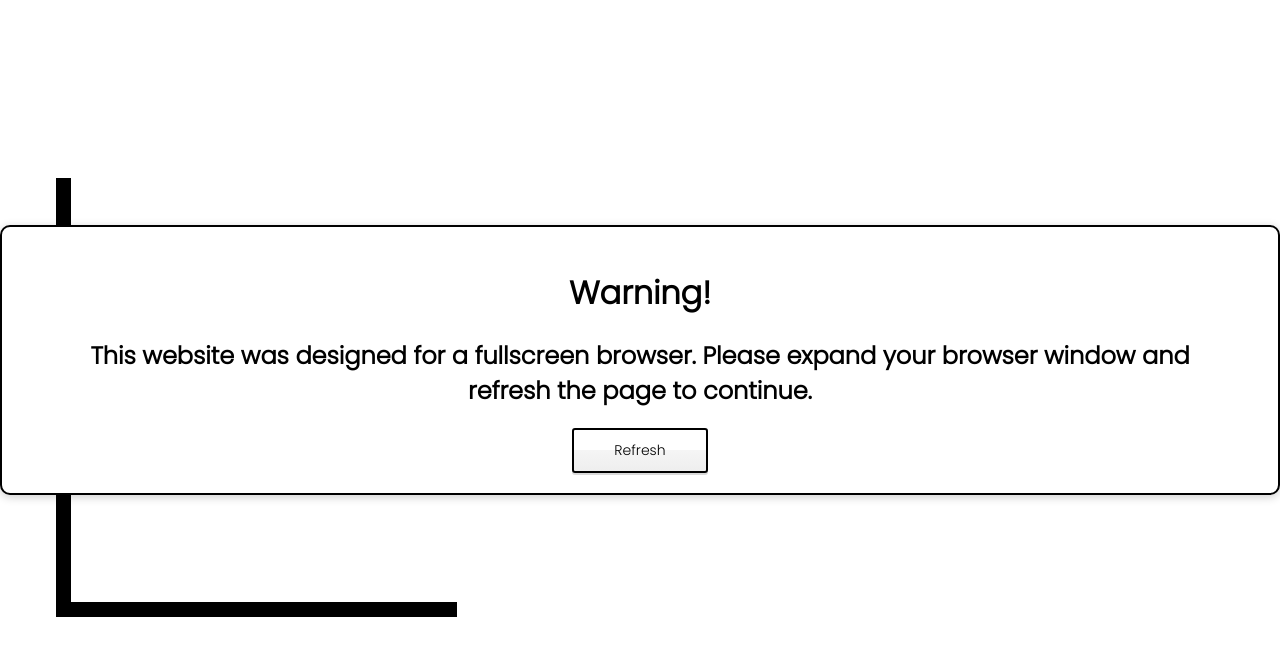
Repository: notMaximilian/maximilianaquino.github.io
Page: index.html
The author's editor kept a copy of each file at every save. The page is drawn from the files as they stood at one save, then again after a run of saves.
The browser window is 1280 px wide. The pictures show the whole page.

Above is the page before, as saved 2022-02-04 09:37:08.
Console error: TypeError: Cannot read properties of null (reading 'style')

### index.html
<!DOCTYPE html>
<html lang="en">

<head>
  <meta charset="UTF-8">
  <meta name="viewport" content="width=device-width, initial-scale=1.0">
  <title>Max Aquino</title>
  <link rel="preconnect" href="https://fonts.googleapis.com">
  <link rel="preconnect" href="https://fonts.gstatic.com" crossorigin>
  <link href="https://fonts.googleapis.com/css2?family=Poppins:wght@300&display=swap" rel="stylesheet">
  <link rel="stylesheet" href="css/main.css">
</head>

<body>

  <div class="intro">
    <h1 class="name-header">
      <span class="name">Max</span><span class="name">imilian</span>
    </h1>
  </div>

  <div class="additional">

  </div>


  <div class="wrap">
    <div class="game-wrapper">
      <div class="game"></div>
      <img class="corners" src="img/corner-test.png">
      <div class="congratulations">
        <h1>Warning!</h1>
        <h2>This website was designed for a fullscreen browser. Please expand your browser window and refresh the page to continue. </h2>
        <button class="btn" onclick="window.location.reload()">Refresh</button>
      </div>
      <div class="game-over">
        <h1>GAME OVER</h1>
        <h2>You lost the game</h2>
        <button class="btn" onclick="window.location.reload()">Restart</button>
      </div>
    </div>
  </div>

  <!-- Maximilian Fade in and out -->


  <script src="js/app.js"></script>
  <!-- <script src="js/game.js"></script> -->
</body>

</html>

### css/main.css
html,
body {
  height: 100%;
  overflow: hidden;
}

body {
  margin: 0;
  font: 16px sans-serif;
}

.wrap {
  display: flex;
  flex-direction: column;
  height: 100%;
}


.game-wrapper {
  flex: 1;
  display: flex;
  justify-content: center;
  align-items: center;
  background: #ffffff;
}
.game {
  width: 100%;
  height: 100%;

  box-shadow: 0 2px 10px black;
  position: absolute;
}

@keyframes scroll-background {
  from {
    background-position-y: 0px;
  }
  to {
    background-position-y: 256px;
  }
}

.game .enemy {
  position: absolute;
  margin-left: -20px;
  margin-top: -18px;
  width: 40px;
}

.game .player {
  position: absolute;
  margin-left: -20px;
  width: 40px;
}

.game .laser {
  position: absolute;
  margin-left: -2.5px;
  height: 30px;
}

.game .enemy-laser {
  position: absolute;
  margin-left: -2.5px;
  height: 30px;
}

.congratulations {
  display: none;
  position: absolute;
  background: #ffffff;
  color: black;
  padding: 20px 50px;
  box-shadow: 0 2px 10px rgba(0, 0, 0, 0.2);
  border: 2px solid black;
  border-radius: 10px;
  text-align: center;
  animation: pop-in 1s;
  font-family: "Poppins", sans-serif;
}

.game-over {
  display: none;
  position: absolute;
  background: #6b1818;
  color: white;
  padding: 20px 50px;
  box-shadow: 0 2px 10px rgba(0, 0, 0, 0.2);
  border-radius: 10px;
  text-align: center;
  animation: pop-in 1s;
}

.btn {
  border: 2px solid black;
  border-radius: 3px;
  box-shadow: 0 2px rgba(0, 0, 0, 0.15);
  background: linear-gradient(
    to bottom,
    #fff 0%,
    #fff 49%,
    #f5f5f5 50%,
    #eee 100%
  );
  padding: 10px 40px;
  font-family: "Poppins", sans-serif;
  font-size: 14px;
}
@keyframes pop-in {
  0% {
    opacity: 0;
    transform: translate(0, -100px);
  }
  10% {
    opacity: 1;
  }
  50% {
    transform: translate(0, 30px);
  }
  100% {
    transform: translate(0, 0);
  }
}

.intro{
  position: fixed;
  z-index: 1;
  left: 0;
  top: 0;
  width: 100%;
  height: 100vh;
  background-color: black;
  transition: 1s;
}

.name-header{
  position: absolute;
  top: 40%;
  left: 50%;
  transform: translate(-50%, -50%);
  color: #ffffff;
}

.intro h1{
  font-family: "Poppins", sans-serif;
  font-size: 80px;
  margin: 0;
  padding: 0;
}

.name{
  position: relative;
  display: inline-block;
  bottom: -20px;
  opacity: 0;
}

.name.active{
  bottom: 0;
  opacity: 1;
  transition: ease-in-out 0.5s;
}

.name.fade{
  bottom: 150px;
  opacity: 0;
  transition: ease-in-out 0.5s;
}

.corners{
  transform: translate(-30vw, 5vh);
}

### js/app.js
const KEY_CODE_LEFT = 37;
const KEY_CODE_RIGHT = 39;
const KEY_CODE_SPACE = 32;
let inverted = false;
const WINDOW_WIDTH = window.innerWidth - 50;
const WINDOW_HEIGHT = window.innerHeight;

const ROCKET_WIDTH = 20;
const ROCKET_MAX_SPEED = 300.0;
const LASER_MAX_SPEED = 600.0;
const LASER_COOLDOWN = 0.5;
let rocketSpawn = false;
const HEADERS_PER_ROW = 10;
const HEADER_HORIZONTAL_PADDING = 80;
const HEADER_VERTICAL_PADDING = 70;
const HEADER_VERTICAL_SPACING = 80;
const HEADER_COOLDOWN = 5.0;


const WINDOW_STATE = {
    lastTime: Date.now(),
    leftPressed: false,
    rightPressed: false,
    spacePressed: false,
    rocketX: WINDOW_WIDTH / 2,
    rocketY: WINDOW_HEIGHT - 300,
    rocketCooldown: 0,
    lasers: [],
    headers: [],
    headerLasers: [],
    fullscreen: false
  };

function setSize($element, width){
    $element.style.width = `${width}vw`;
    $element.style.height = "auto";
  }

function setPosition(el, x, y) {
    if(el == null){console.log('NULL')
    return;}
    el.style.transform = `translate(${x}px, ${y}px)`;
}

function setHeaderPosition(el, x, y) {
  if(el == null){console.log('NULL')
  return;}
  el.style.transform = `translate(${x}vw, ${y}vh)`;
}

// create user controlled rocket for selecting header elements
function createRocket($container) {
    rocketSpawn = true;
    const $rocket = document.createElement("img");
    if(inverted == true){$rocket.src = "img/rocket-inverted.png";}
    else{$rocket.src = "img/rocket.png";}
    $rocket.className = "rocket";
    if (WINDOW_WIDTH + 50 == 1920){
      setSize($rocket,9)
    }
    else{
      setSize($rocket, 7)
    }

    WINDOW_STATE.rocketY = 440;
    $container.appendChild($rocket);
}

function destroyRocket($container, rocket) {
    rocketSpawn = false;
    $container.removeChild(rocket);
    WINDOW_STATE.finalState = true;
    const audio = new Audio("sound/sfx-lose.ogg");
    audio.play();
}

function sleep(milliseconds) {
  var start = new Date().getTime();
  for (var i = 0; i < 1e7; i++) {
    if ((new Date().getTime() - start) > milliseconds){
      break;
    }
  }
}


function rectsIntersect(r1, r2) {
    return !(
        r2.left > r1.right ||
        r2.right < r1.left ||
        r2.top > r1.bottom ||
        r2.bottom < r1.top
    );
}



function clamp(v, min, max) {
    if (v < min) {
      return min;
    } else if (v > max) {
      return max;
    } else {
      return v;
    }
}

function rand(min, max) {
    // if (min === undefined) min = 0;
    // if (max === undefined) max = 1;
    // return min + Math.random() * (max - min);
  }

  function updateRocket(dt, $container) {
    if (WINDOW_STATE.leftPressed) {
      WINDOW_STATE.rocketX -= dt * ROCKET_MAX_SPEED;
    }
    if (WINDOW_STATE.rightPressed) {
      WINDOW_STATE.rocketX += dt * ROCKET_MAX_SPEED;
    }



    WINDOW_STATE.rocketX = clamp(
      WINDOW_STATE.rocketX,
      ROCKET_WIDTH,
      WINDOW_WIDTH - ROCKET_WIDTH
    );


    if (WINDOW_STATE.spacePressed && WINDOW_STATE.rocketCooldown <= 0) {
      createLaser($container, WINDOW_STATE.rocketX - 79,  WINDOW_STATE.rocketY-20);
      console.log(WINDOW_STATE.rocketX)
      WINDOW_STATE.rocketCooldown = LASER_COOLDOWN;
    }
    if (WINDOW_STATE.rocketCooldown > 0) {
      WINDOW_STATE.rocketCooldown -= dt;
    }

    const rocket = document.querySelector(".rocket");
    if(rocket == null){return;}
    setPosition(rocket, WINDOW_STATE.rocketX, WINDOW_STATE.rocketY + 200);
  }

  function createLaser($container, x, y) {
    if(rocketSpawn == false) {return;}
    const $element = document.createElement("img");
    console.log($element)
    if(inverted == true){$element.src="img/laser-inverted.png"}
    else{$element.src = "img/laser.png";}
    $element.className = "laser";
    $element.style.position = "absolute"
    $container.appendChild($element);
    const laser = { x, y, $element };
    WINDOW_STATE.lasers.push(laser);
    const audio = new Audio("sound/sfx-laser1.ogg");
    audio.play();
    setPosition($element, x, y);
  }

  function destroyHeader($container, header) {
    $container.removeChild(header.$element);
    header.isDead = true;
  }

  function destroyAll($container){
    const background = document.querySelector(".game-wrapper");
    background.style.background = 'white';
    const headers = WINDOW_STATE.headers;
    for (let x = 0; x < headers.length; x++){
      let head = headers[x];
      if (head.dead == true){continue}
      head.$element.style.opacity = 0;
      head.$element.style.transition = 'ease-in-out 0.5s';
      destroyHeader($container, head)
    }
    // destroyLaser($container, laser);
    const rocket = document.querySelector('.rocket')
    rocket.style.opacity = 0;
    rocket.style.transition = 'ease-in-out 0.5s'
    destroyRocket($container, rocket)
    WINDOW_STATE.lasers = WINDOW_STATE.lasers.filter(e => !e.isDead);
  }

  function updateLasers(dt, $container) {
    if(rocketSpawn == false) {return;}
    const lasers = WINDOW_STATE.lasers;
    for (let i = 0; i < lasers.length; i++) {
      const laser = lasers[i];
      laser.y -= dt * LASER_MAX_SPEED;
      if (laser.y < 0) {
        destroyLaser($container, laser);
      }
      setPosition(laser.$element, laser.x, laser.y);
      const r1 = laser.$element.getBoundingClientRect();
      const headers = WINDOW_STATE.headers;
      for (let j = 0; j < headers.length; j++) {
        const header = headers[j];
        if (header.isDead) continue;
        const r2 = header.$element.getBoundingClientRect();
        if (rectsIntersect(r1, r2)) {
          if (header.name == 'more' || header.name == 'back'){

              for (let x = 0; x < headers.length; x++){
              let head = headers[x];
              if (head.dead == true){continue}
              head.$element.style.opacity = 0;
              head.$element.style.transition = 'ease-in-out 0.5s';
              destroyHeader($container, head)
            }
            destroyLaser($container, laser);

            const rocket = document.querySelector('.rocket')
            rocket.style.opacity = 0;
            rocket.style.transition = 'ease-in-out 0.5s'
            destroyRocket($container, rocket)

            console.log(inverted)
            if(inverted == false){
              setTimeout(()=>{
                initInvert($container)
              },10)
            }
            else{
              setTimeout(()=>{
                init()
              },10)
            }
            WINDOW_STATE.lasers = WINDOW_STATE.lasers.filter(e => !e.isDead);
            return;
          }
        if (header.name == 'project'){
          WINDOW_STATE.fullscreen = false;
        }
          destroyHeader($container, header);

          break;
        }
      }
    }
    WINDOW_STATE.lasers = WINDOW_STATE.lasers.filter(e => !e.isDead);
  }

function destroyLaser($container, laser) {
    console.log('attempting to destroy')
    $container.removeChild(laser.$element);
    laser.isDead = true;
}

function createHeader($container, name, x, y, i, size) {

    let $element = document.createElement("img");
    let img = i;
    $element.src = img;
    $element.className = "header";
    $element.style.position = "absolute";
    setHeaderPosition($element, x, y);
    setSize($element, size)
    $element.style.transition = "all .2s ease-in-out";


    let header = {
        x,
        y,
        cooldown: rand(0.5, HEADER_COOLDOWN),
        $element,
        name,
        dead: false
    };

    // header.$element.addEventListener('mouseenter', ()=>{
    //   if (name == "about"){
    //     $element.style.width = "450px";
    //   }
    //   else if(name == "skills"){
    //     $element.style.width = "230px"
    //   }
    //   else if(name == "project"){
    //     $element.style.width = "350px"
    //   }
    //   else if(name == "more"){
    //     $element.style.width = "250px"
    //   }
    // })

    // header.$element.addEventListener('mouseleave', ()=>{
    //   if (name == "about"){
    //     $element.style.width = "400px"
    //   }
    //   else if(name == "skills"){
    //     $element.style.width = "180px"
    //   }
    //   else if(name == "project"){
    //     $element.style.width = "300px"
    //   }
    //   else if(name == "more"){
    //     $element.style.width = "200px"
    //   }

    // })

    $container.appendChild($element);
    WINDOW_STATE.headers.push(header);
  }

  function updateHeaders(dt, $container) {
    const dx = Math.sin(WINDOW_STATE.lastTime / 1000.0) * 50;
    const dy = Math.cos(WINDOW_STATE.lastTime / 1000.0) * 10;

    const headers = WINDOW_STATE.headers;
    for (let i = 0; i < headers.length; i++) {
      const header = headers[i];
      const x = header.x + dx;
      const y = header.y + dy;
    //   setPosition(header.$element, x, y);
      header.cooldown -= dt;
      if (header.cooldown <= 0) {
        createHeaderLaser($container, x, y);
        header.cooldown = HEADER_COOLDOWN;
      }
    }
    WINDOW_STATE.headers = WINDOW_STATE.headers.filter(e => !e.isDead);
  }



  function createHeaderLaser($container, x, y) {
    const $element = document.createElement("img");
    $element.src = "img/laser-red-5.png";
    $element.className = "header-laser";
    $container.appendChild($element);
    const laser = { x, y, $element };
    WINDOW_STATE.headerLasers.push(laser);
    setPosition($element, x, y);
  }

  function updateheaderLasers(dt, $container) {
    const lasers = WINDOW_STATE.headerLasers;
    for (let i = 0; i < lasers.length; i++) {
      const laser = lasers[i];
      laser.y += dt * LASER_MAX_SPEED;
      if (laser.y > WINDOW_HEIGHT) {
        destroyLaser($container, laser);
      }
      setPosition(laser.$element, laser.x, laser.y);
      const r1 = laser.$element.getBoundingClientRect();
      const rocket = document.querySelector(".rocket");
      const r2 = rocket.getBoundingClientRect();
      if (rectsIntersect(r1, r2)) {
        // Rocket was hit
        destroyRocket($container, rocket);
        break;
      }
    }
    WINDOW_STATE.headerLasers = WINDOW_STATE.headerLasers.filter(e => !e.isDead);
  }

  function init() {
    document.body.style.zoom = (window.innerWidth / window.outerWidth)
    inverted = false;
    const width = WINDOW_WIDTH + 50;
    const background = document.querySelector(".game-wrapper");
    console.log(width);
    if (width >= 1920){
      // background.style.backgroundImage = "url('img/background-white.png')";
      WINDOW_STATE.fullscreen = true;
    }
    else if (width == 1366){
      // background.style.backgroundImage = "url('img/background-white-1366x768.png')";
      WINDOW_STATE.fullscreen = true;
    }
    else{
      WINDOW_STATE.fullscreen == false
      document.querySelector(".congratulations").style.display = "block";
      return;
    }


    const $container = document.querySelector(".game");
    createRocket($container);
    createHeader($container, 'project', 10 -2.5, 20 , 'img/card2.png', 17);
    createHeader($container, 'about', 30 -2.5, 18, 'img/card1.png', 23);
    createHeader($container, 'skills', 56 -2.5, 19.5, 'img/card5.png', 10);
    createHeader($container, 'more', 70 -2.5, 19.5, 'img/card4.png', 10);
  }

  function initInvert($container,x ,y){
    inverted = true;
    const background = document.querySelector(".game-wrapper");
    const width = WINDOW_WIDTH + 50;
    console.log(width)
    if (width >= 1920){
      background.style.backgroundImage = "url('img/background-black.png')";
      WINDOW_STATE.fullscreen = true;
    }
    else if (width == 1366){
      background.style.backgroundImage = "url('img/background-black-1366x768.png')";
      WINDOW_STATE.fullscreen = true;
    }
    else{
      WINDOW_STATE.fullscreen == false
      document.querySelector(".congratulations").style.display = "block";
      return;
    }
    createRocket($container);
    createHeader($container, '2', 10 -2.5, 20 , 'img/inverted-card2.png', 17);
    createHeader($container, '1', 30 -2.5, 18 , 'img/inverted-card1.png', 23);
    createHeader($container, '3', 56 -2.5, 19.5 , 'img/inverted-card5.png', 10);
    createHeader($container, 'back', 70 -2.5, 19.5, 'img/inverted-card4.png', 10);
  }


  function rocketHasWon() {
    // return WINDOW_STATE.headers.length === 0;
  }


  function update(e) {
    const currentTime = Date.now();
    const $container = document.querySelector(".game");

    const dt = (currentTime - WINDOW_STATE.lastTime) / 1000.0;

    if (WINDOW_STATE.fullscreen == false) {
      destroyAll($container)
      // document.querySelector(".congratulations").style.display = "block";

      return;
    }

    // if (rocketHasWon()) {
    //   document.querySelector(".congratulations").style.display = "block";

    //   return;
    // }


    updateRocket(dt, $container);
    updateLasers(dt, $container);
    updateHeaders(dt, $container);
    updateheaderLasers(dt, $container);

    WINDOW_STATE.lastTime = currentTime;
    window.requestAnimationFrame(update);
  }

  function onKeyDown(e) {
    if (e.keyCode === KEY_CODE_LEFT ) {
      WINDOW_STATE.leftPressed = true;
    } else if (e.keyCode === KEY_CODE_RIGHT) {
      WINDOW_STATE.rightPressed = true;
    } else if (e.keyCode === KEY_CODE_SPACE) {
      WINDOW_STATE.spacePressed = true;
    }
  }

  function onKeyUp(e) {
    if (e.keyCode === KEY_CODE_LEFT) {
      WINDOW_STATE.leftPressed = false;
    } else if (e.keyCode === KEY_CODE_RIGHT) {
      WINDOW_STATE.rightPressed = false;
    } else if (e.keyCode === KEY_CODE_SPACE) {
      WINDOW_STATE.spacePressed = false;
    }
  }


intro = document.querySelector('.intro')
let name = document.querySelector('.name-header')
let logoSpan = document.querySelectorAll('.name')

 window.addEventListener('DOMContentLoaded', () =>{

    setTimeout(()=>{
        logoSpan.forEach((span, idx)=>{
            setTimeout(()=>{
                span.classList.add('active')
            }, (idx + 1) * 400)
        })


        setTimeout(()=>{
            logoSpan.forEach((span, idx)=>{
                setTimeout(()=>{
                    span.classList.remove('active')
                    span.classList.add('fade')
                }, (idx + 1) * 400)
            })
        },2000)

        setTimeout(()=>{
            intro.style.top = '-100vh';
            window.addEventListener("keydown", onKeyDown);
            window.addEventListener("keyup", onKeyUp);
            window.requestAnimationFrame(update);
            init();
        }, 2300)

    })
 })

After the next 2 saves:
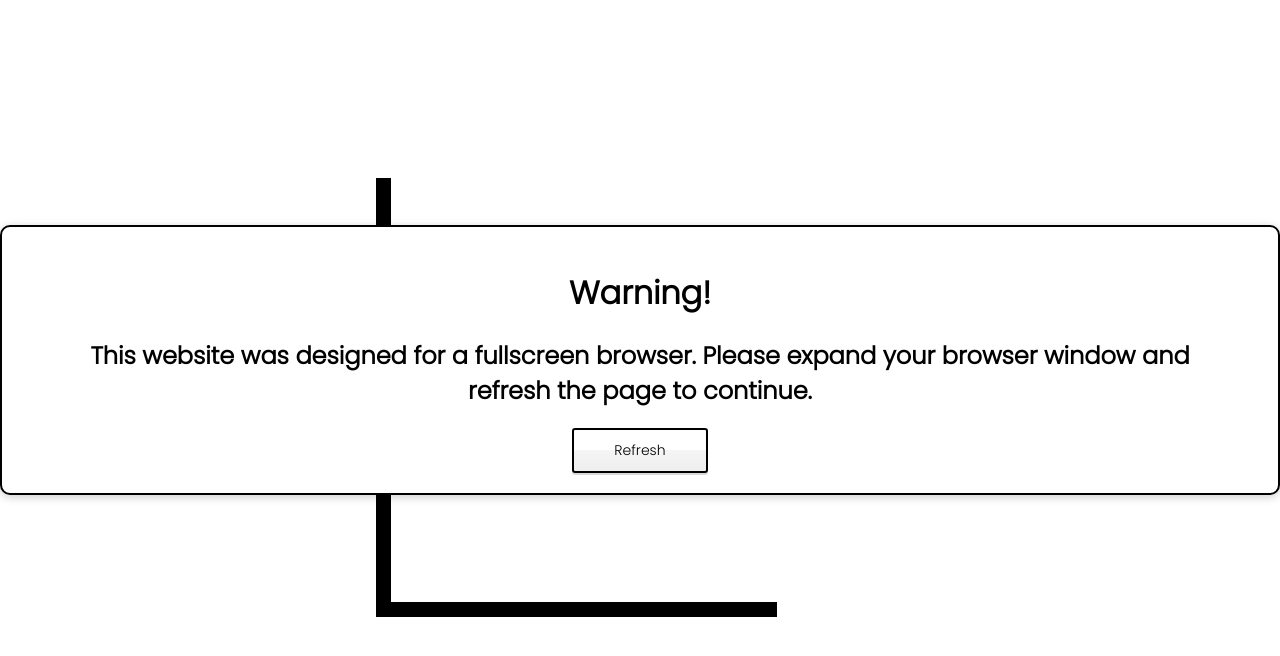
The 2 saves are shown as one change because they came seconds apart.
The last was saved 9 s later.
--- a/css/main.css
+++ b/css/main.css
@@ -168,5 +168,5 @@
 }
 
 .corners{
-  transform: translate(-30vw, 5vh);
+  transform: translate(-5vw, 5vh);
 }
